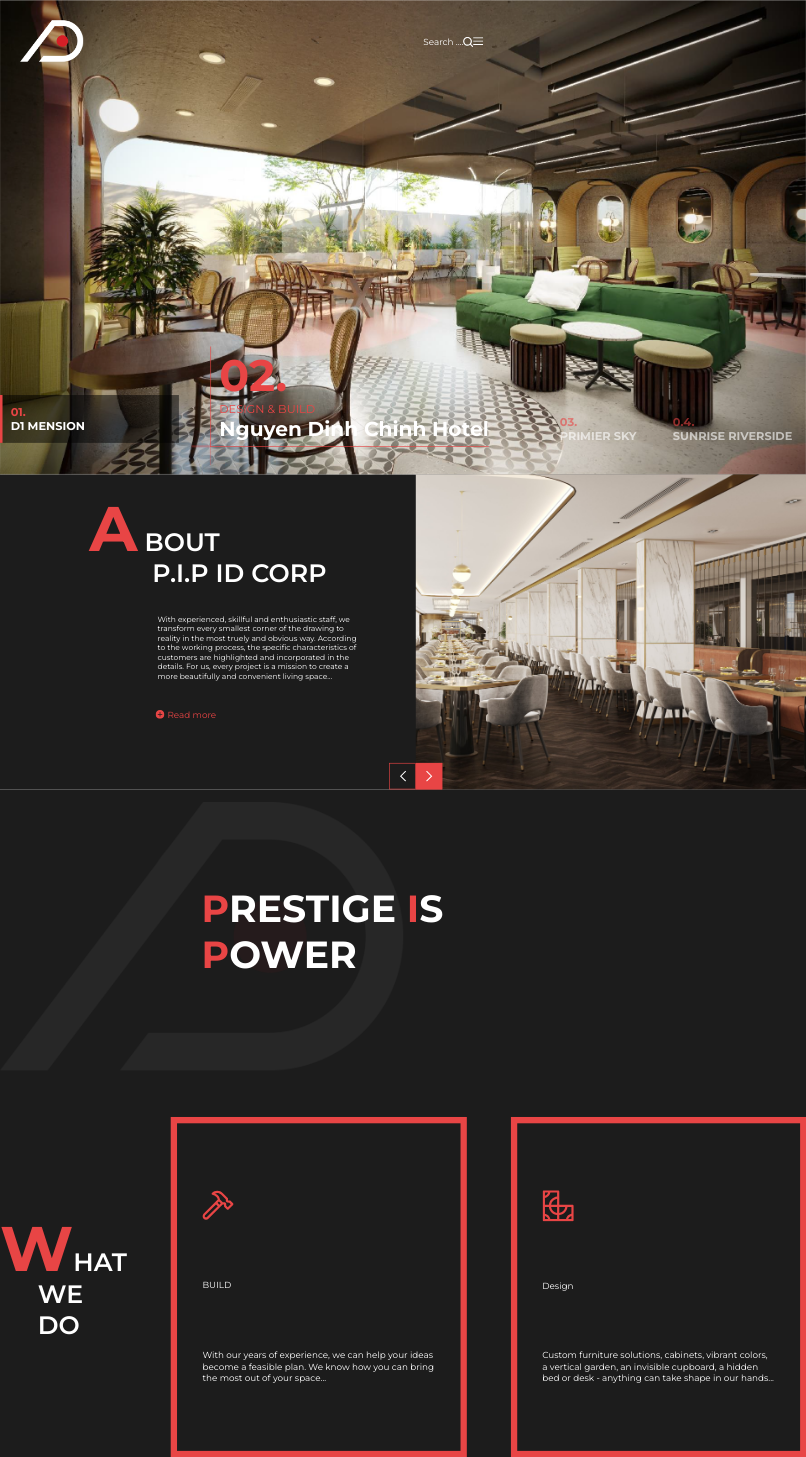
Repository: huudang2840/pipHomePage
Page: index.html
These files come from the project's save history. The page is drawn as it stood at one moment and after the next save; the edit follows.
The browser window is 1280 px wide. The pictures show the whole page, at 63% of full size.

Above is the page before, as saved 2023-03-21 15:14:24.

After the next save:
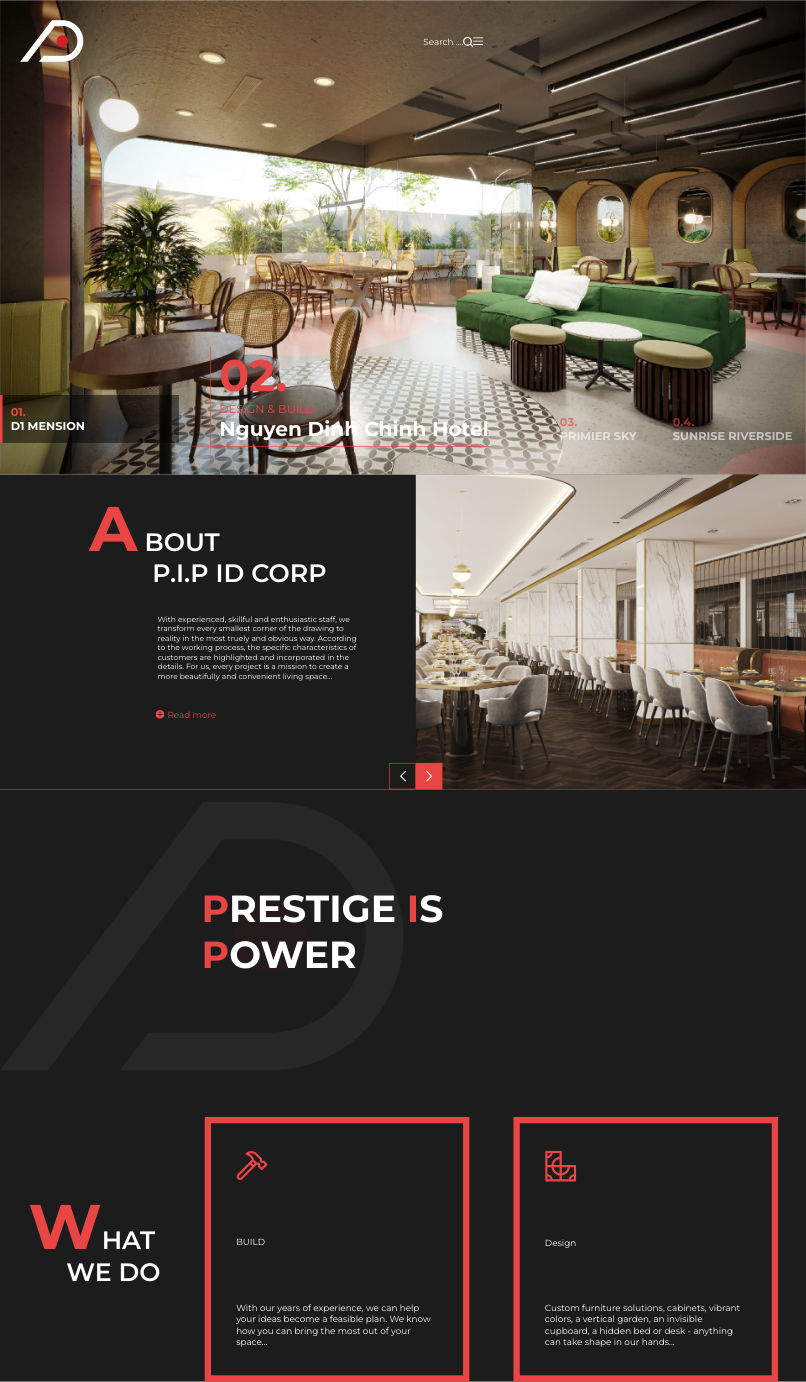
Saved 16 s later.
--- a/style/style.css
+++ b/style/style.css
@@ -283,9 +283,9 @@
   display: flex;
   flex-direction: column;
   justify-content: space-around;
-  padding: 60px 40px;
 }
 .wedo__bottom__item > * {
+  padding: 40px;
 }
 
 .wedo__bottom h1 {
